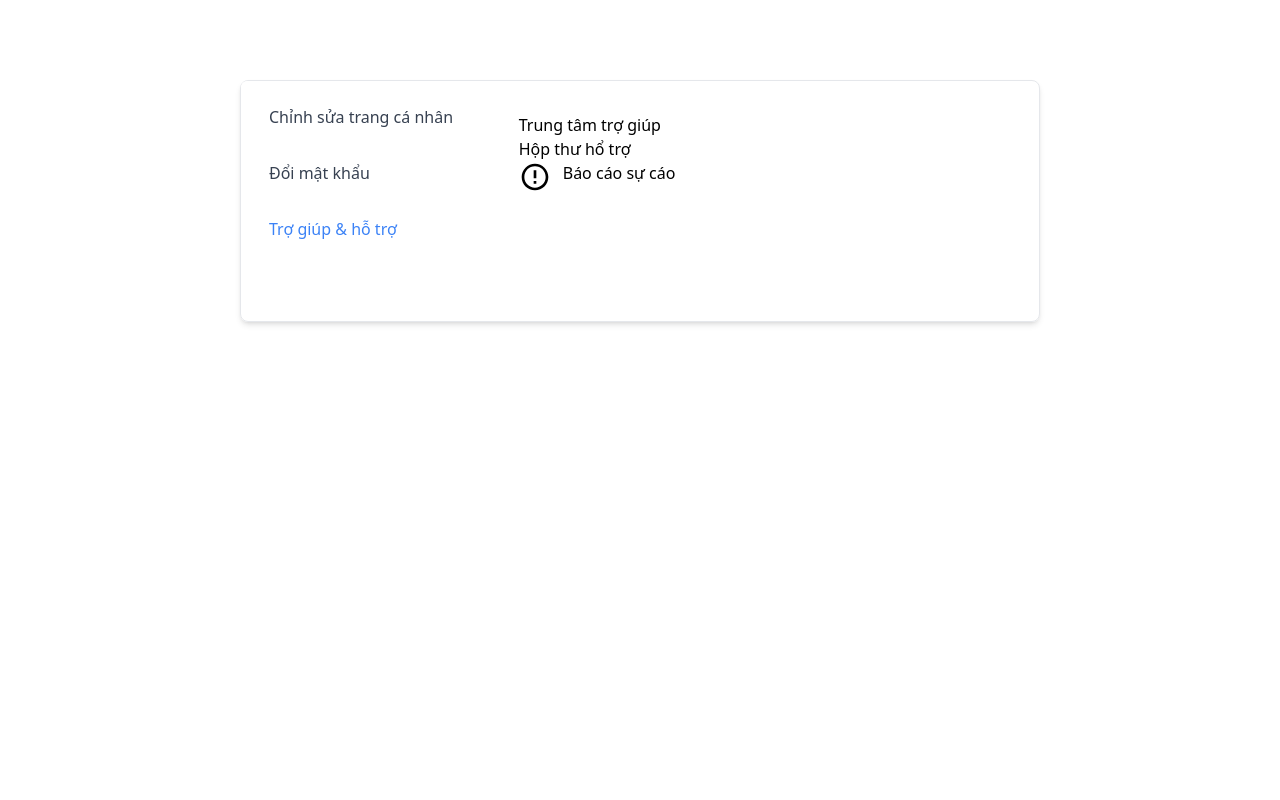
Repository: DangNgocDuong250903/2425_CS445AC_NHOM1
Page: /help (app in social_fe/)
These files come from the project's save history. The page is drawn as it stood at one moment and after the next save; the edit follows.
The browser window is 1280 px wide. The pictures show the whole page.
The project was rebuilt for these pictures with package versions that can differ from the ones it lists, and the page was loaded fresh each time. Also part of the build but not shown: social_fe/vite.config.js, social_fe/src/components/Button/index.jsx, social_fe/src/assets/index.js, social_fe/src/components/FriendCard/index.jsx, social_fe/src/components/Loading/index.jsx, social_fe/src/components/PostCard/index.jsx, social_fe/src/components/ProfileCard/index.jsx, social_fe/src/components/TextInput/index.jsx and 10 more.

Above is the page before, as saved 2024-11-05 21:19:06.

### social_fe/index.html
<!DOCTYPE html>
<html lang="en">
  <head>
    <meta charset="UTF-8" />
    <link rel="icon" type="image/svg+xml" href="/public/logo.svg" />
    <meta name="viewport" content="width=device-width, initial-scale=1.0" />
    <title>LinkVerse</title>
  </head>
  <body>
    <div id="root"></div>
    <script type="module" src="/src/main.jsx"></script>
  </body>
</html>

### social_fe/src/main.jsx
import { StrictMode } from "react";
import { createRoot } from "react-dom/client";
import App from "./App.jsx";
import "./index.css";
import { store } from "./redux/store.js";
import { Provider } from "react-redux";
import { BrowserRouter } from "react-router-dom";

createRoot(document.getElementById("root")).render(
  <StrictMode>
    <Provider store={store}>
      <BrowserRouter>
        <App />
      </BrowserRouter>
    </Provider>
  </StrictMode>,
);

### social_fe/src/App.jsx
import { Outlet, Navigate, Route, Routes, useLocation } from "react-router-dom";
import {
  Home,
  Profile,
  Register,
  Login,
  ResetPassword,
  NotFound,
} from "./pages";
import { useSelector } from "react-redux";
import UpdateUser from "./pages/ProfilePage/updateUser";
import ChangePassword from "./pages/ProfilePage/ChangePassword";
import Help from "./pages/ProfilePage/Help";

const Layout = () => {
  const { user } = useSelector((state) => state.user);
  const location = useLocation();

  return user?.token ? (
    <Outlet />
  ) : (
    <Navigate to="/login" state={{ from: location }} replace />
  );
};

function App() {
  const { theme } = useSelector((state) => state.theme);

  return (
    <div data-theme={theme} className="w-full min-h-[100vh]">
      <Routes>
        <Route element={<Layout />}>
          <Route path="/" element={<Home />} />
          <Route path="/profile" element={<Profile />} />
          <Route path="/update_user" element={<UpdateUser />} />
          <Route path="/changepassword" element={<ChangePassword />} />
          <Route path="/help" element={<Help />} />





        </Route>

        <Route path="/register" element={<Register />} />
        <Route path="/login" element={<Login />} />
        <Route path="/reset-password" element={<ResetPassword />} />
        <Route path="*" element={<NotFound />} />
      </Routes>
    </div>
  );
}

export default App;

### social_fe/src/index.css
@tailwind base;
@tailwind components;
@tailwind utilities;

::-webkit-scrollbar {
    display: none;
     -ms-overflow-style: none;  /* IE and Edge */
    scrollbar-width: none;
  }

  .topbar{
  position: sticky;
  top: 0px;
  z-index: 49;
  }


  .dots-container {
    display: flex;
    align-items: center;
    justify-content: center;
    height: 100%;
    width: 100%;
    margin-bottom: 5px;
  }

  .dot {
    height: 12px;
    width: 12px;
    margin-right: 10px;
    border-radius: 10px;
    background-color: #fff;
    animation: pulse 1.5s infinite ease-in-out;
  }

  .dot:last-child {
    margin-right: 0;
  }

  .dot:nth-child(1) {
    animation-delay: -0.3s;
  }

  .dot:nth-child(2) {
    animation-delay: -0.1s;
  }

  .dot:nth-child(3) {
    animation-delay: 0.1s;
  }

  @keyframes pulse {
    0% {
      transform: scale(0.8);
      background-color: #b3d4fc;
      box-shadow: 0 0 0 0 rgba(178, 212, 252, 0.7);
    }

    50% {
      transform: scale(1.2);
      background-color: #4b79e4;
      box-shadow: 0 0 0 10px rgba(178, 212, 252, 0);
    }

    100% {
      transform: scale(0.8);
      background-color: #2584f8;
      box-shadow: 0 0 0 0 rgba(178, 212, 252, 0.7);
    }
  }

  @layer base {
    :root {
      --color-bg: 227 227 227;
      --color-primary: 255 255 255;
      --color-secondary:255 255 255;
      --color-ascent1: 0 0 0;
      --color-ascent2: 89 91 100;
      --color-blue: 6 90 216;
      --color-white: 255 255 255;

    }
    /* //15 23 42  21 30 49*/
    [data-theme="dark"] {
       --color-bg: 12 12 12;
       --color-primary: 31 31 31;
      --color-secondary: 47 45 48;
      --color-ascent1: 255 255 255;
      --color-ascent2: 164 161 162;
      --color-blue: 6 90 216;
      /* //16 176 255; */
      --color-white: 255 255 255;
    }
  }

### social_fe/src/redux/store.js
import { configureStore } from "@reduxjs/toolkit";

import { rootReducer } from "./reducer";

const store = configureStore({
  reducer: rootReducer,
});

const { dispatch } = store;

export { store, dispatch };

### social_fe/src/pages/index.js
import Home from "./HomePage";
import Login from "./LoginPage";
import NotFound from "./NotFoundPage";
import Profile from "./ProfilePage";
import Register from "./RegisterPage";
import ResetPassword from "./ResetPasswordPage";

export { Home, Login, NotFound, Profile, Register, ResetPassword };

### social_fe/src/pages/ProfilePage/Help.jsx
import React, { useState } from 'react';
import { useNavigate, Link } from 'react-router-dom';
import { MdOutlineErrorOutline } from "react-icons/md";
import { FaRegEnvelope } from "react-icons/fa";

const Help = () => {
    const [selectedLink, setSelectedLink] = useState(3);
    const navigate = useNavigate()
    const handleLinkClick = (linkIndex) => {
        setSelectedLink(linkIndex);
    };
    return (
        <div className="flex w-[800px] mx-auto mt-20 pb-10 border border-gray-200 shadow-md rounded-lg">
            <div className="w-1/3 p-4 bg-white rounded-md ">
                <ul className="flex flex-col ">

                    <Link
                        to="/update_user"
                        onClick={() => handleLinkClick(1)}
                        className={`mb-4 font-medium hover:bg-gray-200 px-3 py-2 rounded-lg  ${selectedLink === 1 ? 'text-blue-500' : 'text-gray-700'}`}
                    >
                        Chỉnh sửa trang cá nhân
                    </Link>


                    <Link
                        to="/changepassword"
                        onClick={() => handleLinkClick(2)}
                        className={`mb-4 font-medium hover:bg-gray-200 px-3 py-2 rounded-lg ${selectedLink === 2 ? 'text-blue-500' : 'text-gray-700'}`}
                    >
                        Đổi mật khẩu
                    </Link>

                    <Link

                        onClick={() => handleLinkClick(3)}
                        className={`mb-4 font-medium hover:bg-gray-200 px-3 py-2 rounded-lg ${selectedLink === 3 ? 'text-blue-500' : 'text-gray-700'}`}
                    >
                        Trợ giúp & hỗ trợ
                    </Link>
                </ul>
            </div>
            <div className="w-3/4 p-8 ">
                <div>
                    <p>Trung tâm trợ giúp</p>
                </div>
                <div>
                    <p>Hộp thư hổ trợ</p>
                </div>
                <div className='flex gap-3'>
                    <MdOutlineErrorOutline className='items-end justify-center w-8 h-8' />
                    <p>Báo cáo sự cáo</p>
                </div>

            </div>
        </div>
    );
};

export default Help;

### social_fe/src/redux/reducer.js
import { combineReducers } from "@reduxjs/toolkit";

import postSlice from "./Slices/postSlice";
import themeSlice from "./Slices/theme";
import userSlice from "./Slices/userSlice";

const rootReducer = combineReducers({
  user: userSlice,
  theme: themeSlice,
  posts: postSlice,
});

export { rootReducer };

### social_fe/src/redux/Slices/postSlice.js
import { createSlice } from "@reduxjs/toolkit";

const initialState = {
  posts: {},
};

const postSlice = createSlice({
  name: "post",
  initialState,
  reducers: {
    getPosts(state, action) {
      state.posts = action.payload;
    },
  },
});

export default postSlice.reducer;

export function SetPosts(post) {
  return (dispatch) => {
    dispatch(postSlice.actions.getPosts(post));
  };
}

### social_fe/src/redux/Slices/theme.js
import { createSlice } from "@reduxjs/toolkit";

const initialState = {
  theme: JSON.parse(window?.localStorage.getItem("theme")) ?? "dark",
};

const themeSlice = createSlice({
  name: "theme",
  initialState,
  reducers: {
    setTheme(state, action) {
      state.theme = action.payload;
      localStorage.setItem("theme", JSON.stringify(action.payload));
    },
  },
});

export default themeSlice.reducer;

export function SetTheme(value) {
  return (dispatch) => {
    dispatch(themeSlice.actions.setTheme(value));
  };
}

### social_fe/src/redux/Slices/userSlice.js
import { createSlice } from "@reduxjs/toolkit";

import { user } from "../../assets/data";

const initialState = {
  user: JSON.parse(window?.localStorage.getItem("user")) ?? user,
  edit: false,
};

const userSlice = createSlice({
  name: "user",
  initialState,
  reducers: {
    login(state, action) {
      state.user = action.payload;
      localStorage.setItem("user", JSON.stringify(action.payload));
    },
    logout(state) {
      state.user = null;
      localStorage?.removeItem("user");
    },
    updateProfile(state, action) {
      state.edit = action.payload;
    },
  },
});
export default userSlice.reducer;

export function UserLogin(user) {
  return (dispatch) => {
    dispatch(userSlice.actions.login(user));
  };
}

export function Logout() {
  return (dispatch) => {
    dispatch(userSlice.actions.logout());
  };
}

export function UpdateProfile(val) {
  return (dispatch) => {
    dispatch(userSlice.actions.updateProfile(val));
  };
}

### social_fe/tailwind.config.js
/** @type {import('tailwindcss').Config} */
export default {
  content: [
    "./index.html",
    "./src/**/*.{js,ts,jsx,tsx}",
  ],
  theme: {
    extend: {
      colors: {
        bgColor: "rgb(var(--color-bg) / <alpha-value>)",
        primary: "rgb(var(--color-primary) / <alpha-value>)",
        secondary: "rgb(var(--color-secondary) / <alpha-value>)",
        customBlue: "rgb(var(--color-blue) / <alpha-value>)",
        white: "rgb(var(--color-white) / <alpha-value>)",
        ascent: {
          1: "rgb(var(--colorgit-ascent1) / <alpha-value>)",
          2: "rgb(var(--color-ascent2) / <alpha-value>)",
        },
      },
      screens: {
        sm: "640px",

        md: "768px",

        lg: "1024px",

        xl: "1280px",

        "2xl": "1536px",
      },
      extend: {
      },
    },
    plugins: [],
  }
}

Loaded but not shown: social_fe/src/assets/data.js (508 lines, source omitted)

After the next save:
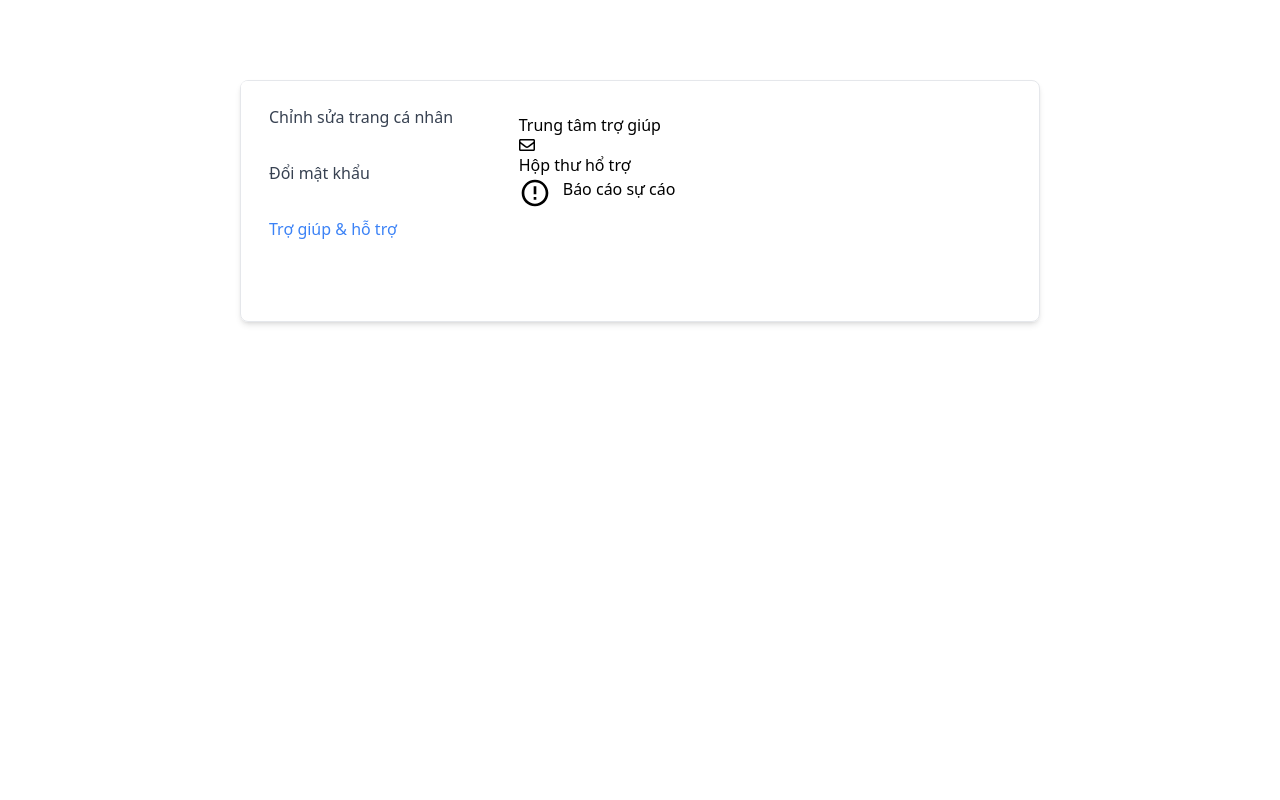
Saved 9 s later.
--- a/social_fe/src/pages/ProfilePage/Help.jsx
+++ b/social_fe/src/pages/ProfilePage/Help.jsx
@@ -45,6 +45,8 @@ const Help = () => {
                     <p>Trung tâm trợ giúp</p>
                 </div>
                 <div>
+                    <FaRegEnvelope />
+
                     <p>Hộp thư hổ trợ</p>
                 </div>
                 <div className='flex gap-3'>
